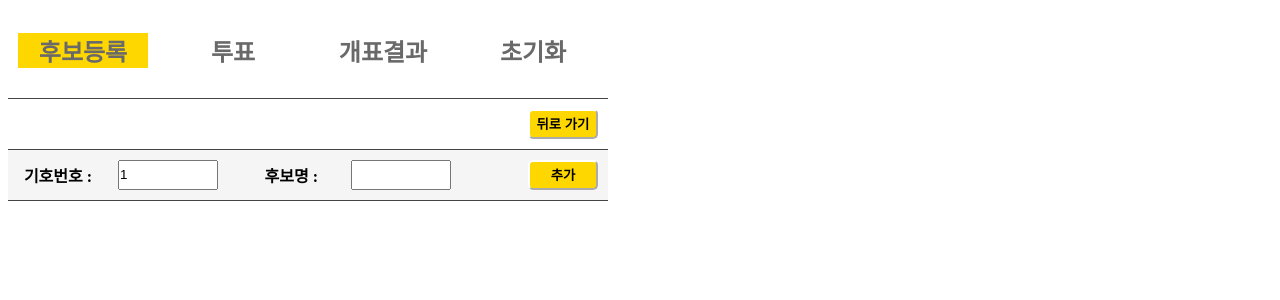
Repository: noheul1030/KOPO-HTML
Page: http://localhost/Tupyo/Tupyo/A_03_H.jsp
These files come from the project's save history. The page is drawn as it stood at one moment and after the next save; the edit follows.
The browser window is 1280 px wide. The pictures show the whole page.
The page is served by Tomcat 9. Queries for data that is not in the repository find no rows.

Above is the page before, as saved 2023-06-04 15:27:46.

### Tupyo/src/main/webapp/Tupyo/A_03_H.jsp
<meta http-equiv="Content-Type" content="text/html; charset=utf-8" />
<%@ page contentType="text/html; charset=UTF-8" %>
<%@ page import="java.util.*" %> <!--java import-->
<%@ page import="java.io.*"%> <!--java import-->
<%@ page import="java.sql.*"%> <!--java import-->
<html>
	<head>
		<title>후보등록 A_03_H.jsp</title>
		<style>
    		table {
    			text-align: center;
   				border: 0;
   				solid black;
   				width: 600px;
   				border-collapse: collapse;
   				cellspacing="1"}s
    		th, td {
		    border-bottom: 1px solid #444444;
		    padding: 10px;
			}
			th:first-child, td:first-child {
			  border-left: none;
			}
    		a {text-decoration-line: none;  color: #696969;}
			h2:hover {
			 box-shadow: 0 0 40px 40px #ffd700 inset;
			}
			.tr:hover {
				box-shadow: 0 0 40px 40px #f5f5f5 inset;
			}
    		h2,h4 {margin-top: 15px; text-align: center;}
    		.fourth {
			  background: gold;
			  border-color: white;
			  color: black;
			  background-image: linear-gradient(45deg, yellow 50%, transparent 50%);
			  background-position: 100%;
			  background-size: 400%;
			  transition: background 300ms ease-in-out;
			  border-radius: 5px;
			}

			.fourth:hover {
			  background-position: 0;
			}
			.check{
				box-shadow: 0 0 40px 40px #ffd700 inset;
			}
    	</style>
	</head>
	<script>
	  function btnDeleteClick(deleteID) {
        document.form1.deleteID.value = deleteID;
        document.form1.action = "A_02_H.jsp";
        document.form1.submit();
	  }
	  function HangleCheck(input) {
	        var inputValue = input; // 입력 받는 변수 혹은 데이터베이스에서 가져온 값 등

	        if (inputValue.match("^[가-힣]{1,10}$")) {
	            return inputValue;
	        } else {
	            alert("한글 입력 오류");
	            return document.form1.action = "A_02_H.jsp"; // 오류 발생 시 false를 반환하여 처리
	        }
	    }
	</script>
	<body>
<%
	try{
		// DB연동
		Class.forName("com.mysql.jdbc.Driver");
		//Connection conn = DriverManager.getConnection("jdbc:mysql://192.168.23.60:3307/kopo11","root","shdmf1030@");
		Connection conn = DriverManager.getConnection("jdbc:mysql://localhost:3306/noheul","root","shdmf1030@");
		Statement stmt = conn.createStatement();

		request.setCharacterEncoding("utf-8");
		// null값 체크
        int Nullcheck = request.getParameter("HuboID") != null ? 1 : 0;

		String name = "";
		String id = "";

		if (Nullcheck == 1) {
			name = request.getParameter("name");
			id = request.getParameter("HuboID");
			stmt.execute("insert into HuboDB (name,id) values ('" + name + "'," + id +");");
			stmt.execute("insert into TupyoDB (hubo) values ('" +id+ "번" +name+ "')");
        }

		// ID칼럼의 전체 count 조회
				ResultSet total = stmt.executeQuery("select count(*) from HuboDB where id;");
				int totalcnt = 0;
				while(total.next()){
					totalcnt = total.getInt(1);
				}

				// ID 최소값은 1
				int minID = 1;

				// ID칼럼의 count가 0일때(아직 아무 값도 안들어왔다는 뜻)
				if(totalcnt == 0){
					ResultSet idcount = stmt.executeQuery("select min(id) as minNum from HuboDB where (id+1) not in (select id from HuboDB);");

					while(idcount.next()){
						minID = idcount.getInt(1)+1;
					}
				}else{	// ID칼럼의 count가 0이 아닐때(값이 들어있다는 뜻)
					// ID칼럼의 전체 값 조회
					ResultSet idcount2 = stmt.executeQuery("select id from HuboDB");

					while (idcount2.next()) {
					    int currentID = idcount2.getInt("id"); // 현재 가져온 id 값
						// ID최소값과 currentID의 값이 일치하면 순서대로 있는 ID값 이므로 통과
					    if (minID == currentID) {
					    	minID++; // 다음 기대하는 id 값으로 업데이트
					    } else { // 칼럼 순회 중간에 빠진 값을 찾았으므로 break;
					        break;
					    }
					}
				}
%>
		<form name="form1" method = 'post'>
		<input type='hidden' name='deleteID'>
		<table>
    		<tr>
    			<td width = 25%><a align = center id="update" href="A_01_H.jsp" target="content"><h2  class="check">후보등록</h2></a></td>
    			<td width = 25%><a align = center id="vote" href="B_01_H.jsp" target="content"><h2>투표</h2></a></td>
    			<td width = 25%><a align = center id="result" href="C_01_H.jsp" target="content"><h2>개표결과</h2></a></td>
    			<td width = 25%><a align = center id="result" href="D_01_H.jsp" target="content"><h2>초기화</h2></a></td>
    		</tr>
		</table>
		<table>
			<tr>
<%			if(Nullcheck == 1){ %>
				<td colspan="4"><h4>후보등록 결과 : 후보 추가 완료</h4></td>
<%			} %>
				<td align = right width = 22%>
				<input class="fourth" type="submit" value="뒤로 가기" style="width: 70px; height: 30px; padding: 0px;font-weight: bold;" formaction = 'A_01_H.jsp'></td>
			</tr>
		</table>

		<table>
<%
		if(totalcnt >= 1){
		ResultSet rset = stmt.executeQuery("select * from HuboDB order by id asc;");

	     	while (rset.next()){
%>
	     		<tr class="tr">
	     			<td width =15%><strong>기호번호 :</strong></td>

	     			<td align = left width = 20% ><%=rset.getInt(2)%></td>

					<td width= 15% ><strong>후보명 :</strong></td>

	     			<td align = left width = 20% ><%=rset.getString(1)%></td>

					<td align = right width = 20%>
					  <input class="fourth" type="button" value="삭제" style="width: 70px; height: 30px; padding: 0px;font-weight: bold;" onclick="btnDeleteClick('<%=rset.getInt(2)%>')">
					</td>
				</tr>
		</form>
<%
			}
		}
%>
		<form method = 'post'>
			<tr class="tr">
				<td bgcolor=#f5f5f5 width= 15% ><strong>기호번호 :</strong></td>

				<td bgcolor=#f5f5f5 align = left width = 20% ><input type='text' name='HuboID' value='<%=minID%>'readonly style="width: 100px; height: 30px; padding: 0px;"></td>

				<td bgcolor=#f5f5f5 width= 15% ><strong>후보명 :</strong></td>

				<td bgcolor=#f5f5f5 align = left width = 20% ><input type='text' pattern="^[가-힣]+$" name="name" value='' required title="한글만 입력하세요."
				style="width: 100px; height: 30px; padding: 0px;"onblur="HangleCheck(this.value);"></td>

				<td bgcolor=#f5f5f5 align = right width = 20%>
  				<input class="fourth" type="submit" value="추가" align = right style="width: 70px; height: 30px; padding: 0px;font-weight: bold;" formaction = 'A_03_H.jsp'></td>
			</tr>
		</table>
		</form>
<%	}catch(Exception e){
	} %>
	</body>
</html>

After the next save:
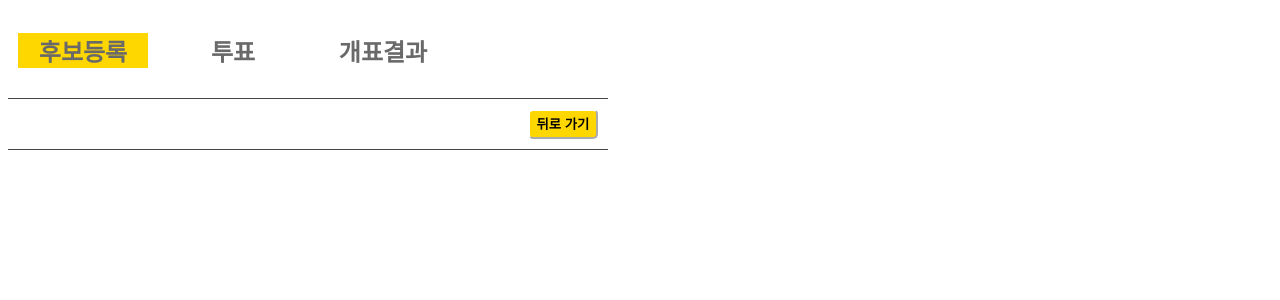
Saved 17 s later.
--- a/Tupyo/src/main/webapp/Tupyo/A_03_H.jsp
+++ b/Tupyo/src/main/webapp/Tupyo/A_03_H.jsp
@@ -49,11 +49,13 @@
     	</style>
 	</head>
 	<script>
+	// 삭제할 값을 전달받아 해당 파일로 보내는 function
 	  function btnDeleteClick(deleteID) {
         document.form1.deleteID.value = deleteID;
         document.form1.action = "A_02_H.jsp";
         document.form1.submit();
 	  }
+	// 입력받은 값의 한글,글자수 체크하는 function
 	  function HangleCheck(input) {
 	        var inputValue = input; // 입력 받는 변수 혹은 데이터베이스에서 가져온 값 등
 
@@ -61,7 +63,7 @@
 	            return inputValue;
 	        } else {
 	            alert("한글 입력 오류");
-	            return document.form1.action = "A_02_H.jsp"; // 오류 발생 시 false를 반환하여 처리
+	            return false; // 오류 발생 시 false를 반환하여 처리
 	        }
 	    }
 	</script>
@@ -70,27 +72,27 @@
 	try{
 		// DB연동
 		Class.forName("com.mysql.jdbc.Driver");
-		//Connection conn = DriverManager.getConnection("jdbc:mysql://192.168.23.60:3307/kopo11","root","shdmf1030@");
-		Connection conn = DriverManager.getConnection("jdbc:mysql://localhost:3306/noheul","root","shdmf1030@");
+		Connection conn = DriverManager.getConnection("jdbc:mysql://192.168.23.60:3307/kopo11","root","shdmf1030@");
+		//Connection conn = DriverManager.getConnection("jdbc:mysql://localhost:3306/noheul","root","shdmf1030@");
 		Statement stmt = conn.createStatement();
 
 		request.setCharacterEncoding("utf-8");
 		// null값 체크
         int Nullcheck = request.getParameter("HuboID") != null ? 1 : 0;
 
-		String name = "";
-		String id = "";
+		String name = ""; // 변수 선언
+		String id = ""; // 변수 선언
 
-		if (Nullcheck == 1) {
-			name = request.getParameter("name");
-			id = request.getParameter("HuboID");
-			stmt.execute("insert into HuboDB (name,id) values ('" + name + "'," + id +");");
-			stmt.execute("insert into TupyoDB (hubo) values ('" +id+ "번" +name+ "')");
+		if (Nullcheck == 1) { // 해당 변수 값이 1과 같으면
+			name = request.getParameter("name"); // 전달 값 저장
+			id = request.getParameter("HuboID"); // 전달 값 저장
+			stmt.execute("insert into HuboDB (name,id) values ('" + name + "'," + id +");"); // 전달 값 저장
+			stmt.execute("insert into TupyoDB (hubo) values ('" +id+ "번" +name+ "')"); // 전달 값 저장
         }
 
 		// ID칼럼의 전체 count 조회
 				ResultSet total = stmt.executeQuery("select count(*) from HuboDB where id;");
-				int totalcnt = 0;
+				int totalcnt = 0; // 변수 초기값 지정
 				while(total.next()){
 					totalcnt = total.getInt(1);
 				}
@@ -117,24 +119,26 @@
 					    } else { // 칼럼 순회 중간에 빠진 값을 찾았으므로 break;
 					        break;
 					    }
-					}
 				}
-%>
+		}
+%>		<!-- form 태그 -->
 		<form name="form1" method = 'post'>
+		<!-- input hidden 타입 지정 -->
 		<input type='hidden' name='deleteID'>
 		<table>
-    		<tr>
-    			<td width = 25%><a align = center id="update" href="A_01_H.jsp" target="content"><h2  class="check">후보등록</h2></a></td>
+    		<tr> <!-- 각 해당 셀 스타일 적용, 각각의 메뉴에 대한 링크 연결 -->
+    			<td width = 25%><a align = center id="update" href="A_01_H.jsp" target="content"><h2 class="check">후보등록</h2></a></td>
     			<td width = 25%><a align = center id="vote" href="B_01_H.jsp" target="content"><h2>투표</h2></a></td>
     			<td width = 25%><a align = center id="result" href="C_01_H.jsp" target="content"><h2>개표결과</h2></a></td>
-    			<td width = 25%><a align = center id="result" href="D_01_H.jsp" target="content"><h2>초기화</h2></a></td>
+    			<td></td>
     		</tr>
 		</table>
 		<table>
 			<tr>
-<%			if(Nullcheck == 1){ %>
-				<td colspan="4"><h4>후보등록 결과 : 후보 추가 완료</h4></td>
+<%			if(Nullcheck == 1){ %> <!-- 해당 변수 값이 1과 같으면  -->
+				<td colspan="4"><h4>후보등록 결과 : <%=id+"번"+" "+name %> 후보자 등록 완료</h4></td>
 <%			} %>
+				<!-- 뒤로 가기 클릭 시 A_01_H.jsp으로 이동 -->
 				<td align = right width = 22%>
 				<input class="fourth" type="submit" value="뒤로 가기" style="width: 70px; height: 30px; padding: 0px;font-weight: bold;" formaction = 'A_01_H.jsp'></td>
 			</tr>
@@ -142,11 +146,12 @@
 
 		<table>
 <%
-		if(totalcnt >= 1){
+		if(totalcnt >= 1){ // 변수의 값이 1 이상일 때
+		// id를 기준으로 순방향 정보 조회
 		ResultSet rset = stmt.executeQuery("select * from HuboDB order by id asc;");
 
 	     	while (rset.next()){
-%>
+%>				<!-- 셀 스타일 적용, 기호 번호,후보명에 대한 값을 보여준다 -->
 	     		<tr class="tr">
 	     			<td width =15%><strong>기호번호 :</strong></td>
 
@@ -155,7 +160,7 @@
 					<td width= 15% ><strong>후보명 :</strong></td>
 
 	     			<td align = left width = 20% ><%=rset.getString(1)%></td>
-
+					<!-- 삭제 클릭 시 function에 값 전달 실행 -->
 					<td align = right width = 20%>
 					  <input class="fourth" type="button" value="삭제" style="width: 70px; height: 30px; padding: 0px;font-weight: bold;" onclick="btnDeleteClick('<%=rset.getInt(2)%>')">
 					</td>
@@ -165,23 +170,8 @@
 			}
 		}
 %>
-		<form method = 'post'>
-			<tr class="tr">
-				<td bgcolor=#f5f5f5 width= 15% ><strong>기호번호 :</strong></td>
-
-				<td bgcolor=#f5f5f5 align = left width = 20% ><input type='text' name='HuboID' value='<%=minID%>'readonly style="width: 100px; height: 30px; padding: 0px;"></td>
-
-				<td bgcolor=#f5f5f5 width= 15% ><strong>후보명 :</strong></td>
-
-				<td bgcolor=#f5f5f5 align = left width = 20% ><input type='text' pattern="^[가-힣]+$" name="name" value='' required title="한글만 입력하세요."
-				style="width: 100px; height: 30px; padding: 0px;"onblur="HangleCheck(this.value);"></td>
-
-				<td bgcolor=#f5f5f5 align = right width = 20%>
-  				<input class="fourth" type="submit" value="추가" align = right style="width: 70px; height: 30px; padding: 0px;font-weight: bold;" formaction = 'A_03_H.jsp'></td>
-			</tr>
-		</table>
-		</form>
 <%	}catch(Exception e){
+		out.println(e);
 	} %>
 	</body>
 </html>
